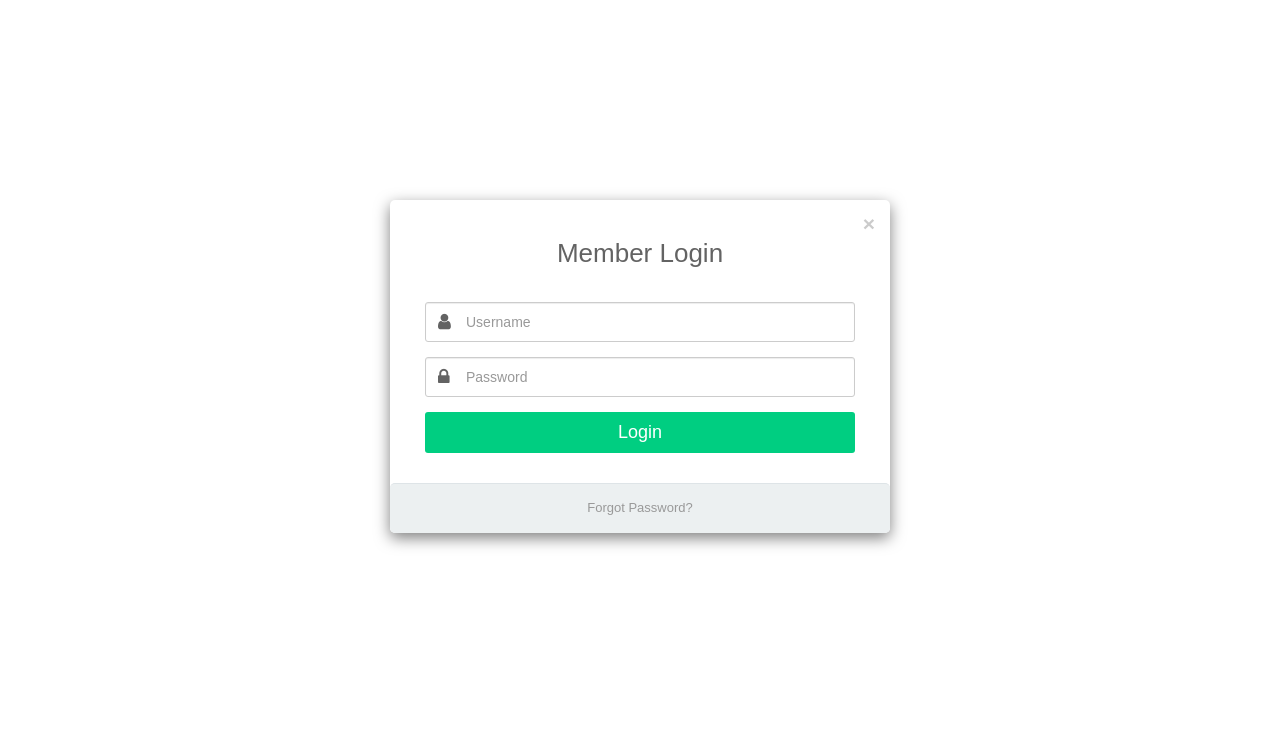
Repository: thuliobarbosa/Make_and_Cia
Page: Projeto_Make&Cia/MakeAndCia/WebContent/www/login.html
An editor plug-in stored every save of this project. The page is shown before and after the next save, followed by the edit.
The browser window is 1280 px wide. The pictures show the whole page.
Some web fonts or font styles are not loaded; a fallback is used.

Above is the page before, as saved 2020-11-10 19:48:22.

### Projeto_Make&Cia/MakeAndCia/WebContent/www/login.html
<!DOCTYPE html>
<html lang="en">
<head>
<meta charset="utf-8">
<meta http-equiv="X-UA-Compatible" content="IE=edge">
<meta name="viewport" content="width=device-width, initial-scale=1">
<title>Bootstrap Elegant Modal Login Modal Form with Icons</title>
<link href="https://fonts.googleapis.com/css?family=Roboto|Varela+Round" rel="stylesheet">
<link rel="stylesheet" href="https://maxcdn.bootstrapcdn.com/font-awesome/4.7.0/css/font-awesome.min.css">
<link rel="stylesheet" href="https://maxcdn.bootstrapcdn.com/bootstrap/3.3.7/css/bootstrap.min.css">
<script src="https://ajax.googleapis.com/ajax/libs/jquery/1.12.4/jquery.min.js"></script>
<script src="https://maxcdn.bootstrapcdn.com/bootstrap/3.3.7/js/bootstrap.min.js"></script>
<style>
    body {
		font-family: 'Varela Round', sans-serif;
	}
	.modal-login {
		color: #636363;
		width: 500px;
		margin: 200px auto;
	}
	.modal-login .modal-content {
		padding: 20px;
		border-radius: 5px;
		border: none;
	}
	.modal-login .modal-header {
		border-bottom: none;
		position: relative;
		justify-content: center;
	}
	.modal-login h4 {
		text-align: center;
		font-size: 26px;
	}
	.modal-login  .form-group {
		position: relative;
	}
	.modal-login i {
		position: absolute;
		left: 13px;
		top: 11px;
		font-size: 18px;
	}
	.modal-login .form-control {
		padding-left: 40px;
	}
	.modal-login .form-control:focus {
		border-color: #00ce81;
	}
	.modal-login .form-control, .modal-login .btn {
		min-height: 40px;
		border-radius: 3px;
	}
	.modal-login .hint-text {
		text-align: center;
		padding-top: 10px;
	}
	.modal-login .close {
        position: absolute;
		top: -5px;
		right: -5px;
	}
	.modal-login .btn {
		background: #00ce81;
		border: none;
		line-height: normal;
	}
	.modal-login .btn:hover, .modal-login .btn:focus {
		background: #00bf78;
	}
	.modal-login .modal-footer {
		background: #ecf0f1;
		border-color: #dee4e7;
		text-align: center;
		margin: 0 -20px -20px;
		border-radius: 5px;
		font-size: 13px;
		justify-content: center;
	}
	.modal-login .modal-footer a {
		color: #999;
	}
	.trigger-btn {
		display: inline-block;
		margin: 100px auto;
	}
</style>
</head>
<body>

<!-- Modal HTML -->
	<div class="modal-dialog modal-login">
		<div class="modal-content">
			<div class="modal-header">
				<h4 class="modal-title">Member Login</h4>
				<button type="button" class="close" data-dismiss="modal" aria-hidden="true">&times;</button>
			</div>
			<div class="modal-body">
				<form action="/examples/actions/confirmation.php" method="post">
					<div class="form-group">
						<i class="fa fa-user"></i>
						<input type="text" class="form-control" placeholder="Username" required="required">
					</div>
					<div class="form-group">
						<i class="fa fa-lock"></i>
						<input type="password" class="form-control" placeholder="Password" required="required">
					</div>
					<div class="form-group">
						<input type="submit" class="btn btn-primary btn-block btn-lg" value="Login">
					</div>
				</form>
			</div>
			<div class="modal-footer">
				<a href="#">Forgot Password?</a>
			</div>
		</div>
	</div>
</body>
</html>

After the next save:
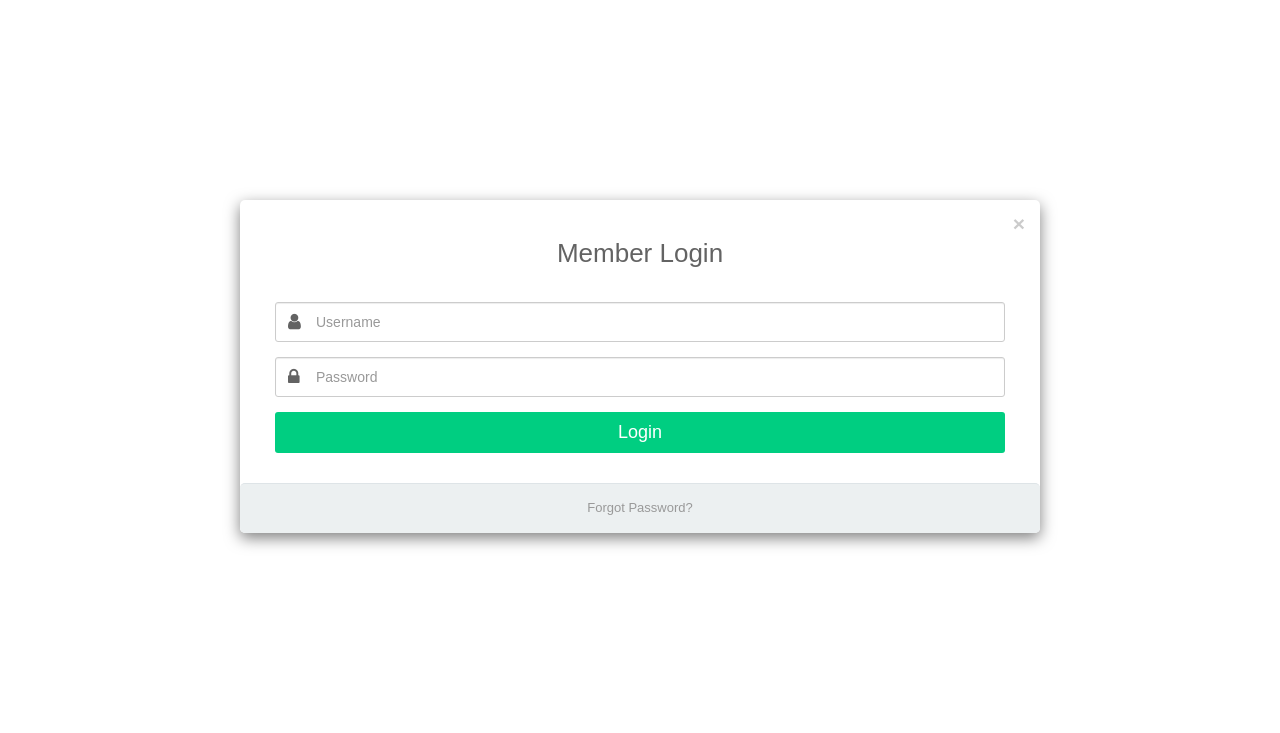
Saved 9 s later.
--- a/Projeto_Make&Cia/MakeAndCia/WebContent/www/login.html
+++ b/Projeto_Make&Cia/MakeAndCia/WebContent/www/login.html
@@ -16,7 +16,7 @@
 	}
 	.modal-login {
 		color: #636363;
-		width: 500px;
+		width: 800px;
 		margin: 200px auto;
 	}
 	.modal-login .modal-content {
